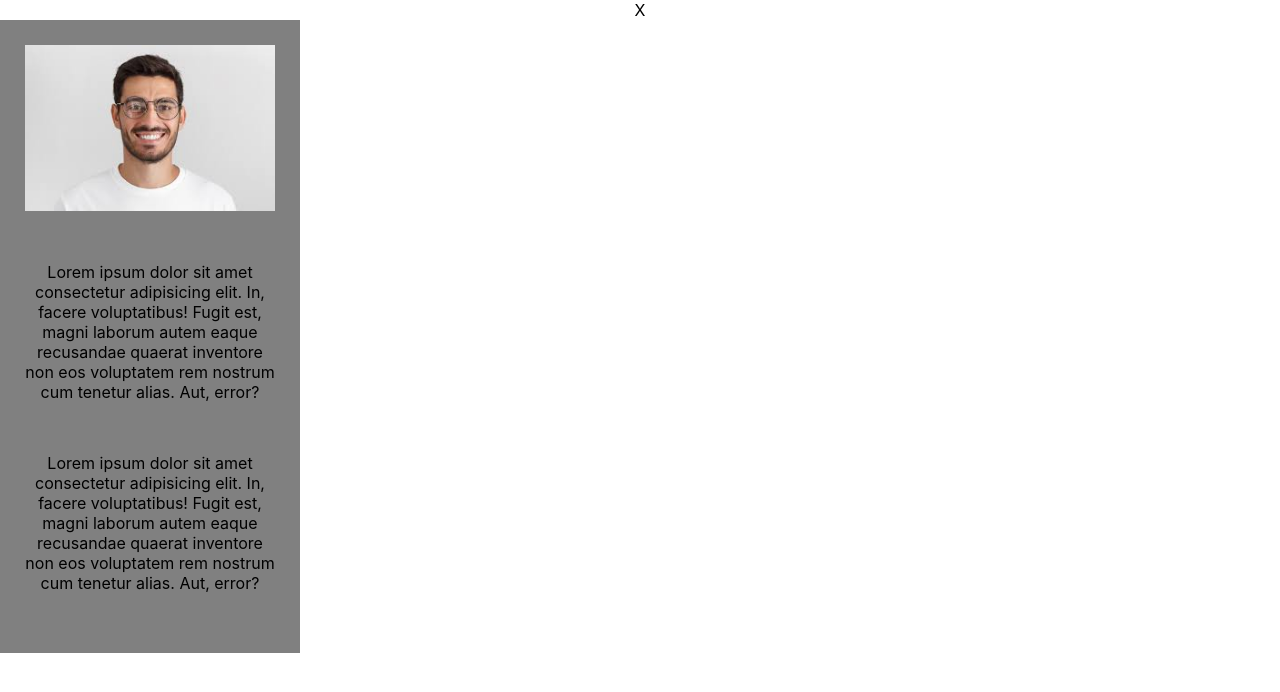
Repository: mikelnorth/team-profile-demo
Page: /
The author's editor kept a copy of each file at every save. The page is drawn from the files as they stood at one save, then again after the next save.
The browser window is 1280 px wide. The pictures show the whole page.
The project was rebuilt for these pictures with package versions that can differ from the ones it lists, and the page was loaded fresh each time.

Above is the page before, as saved 2022-05-19 18:33:46.

After the next save:
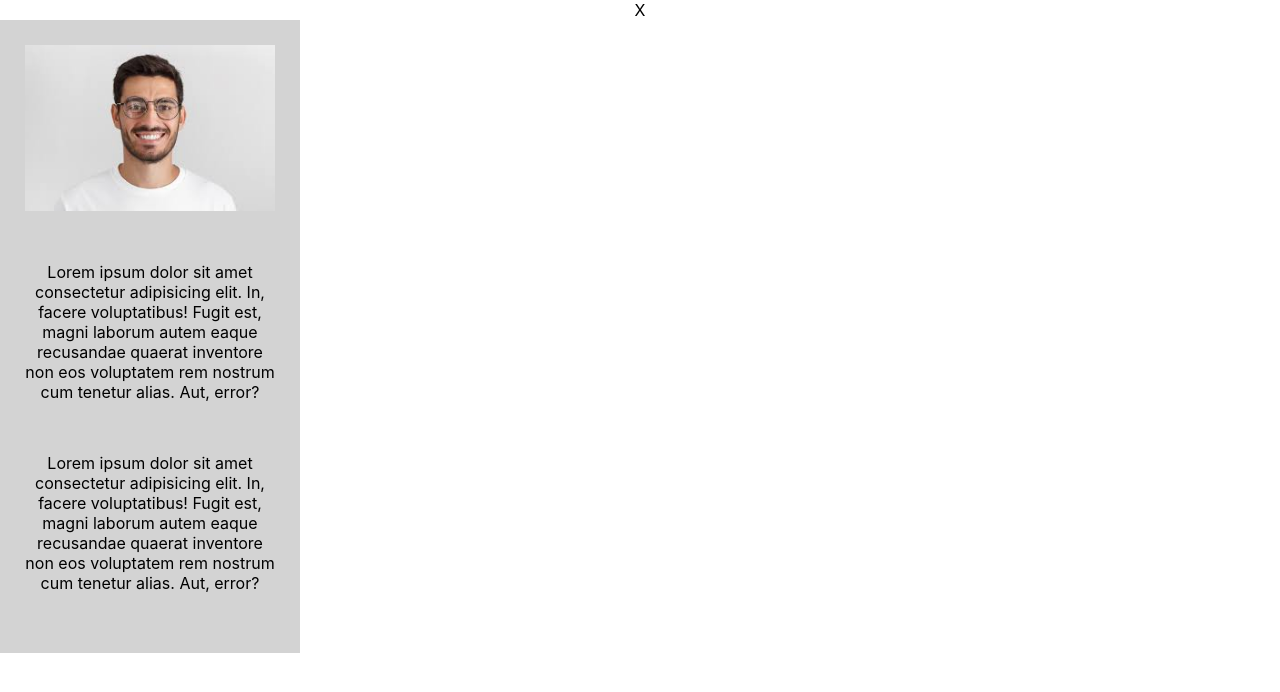
Saved 5 s later.
--- a/src/components/Card.scss
+++ b/src/components/Card.scss
@@ -3,7 +3,7 @@
   flex-direction: column;
   width: 250px;
   padding: 25px;
-  background-color: gray;
+  background-color: lightgray;
 
   p, img {
     margin-bottom: 35px;
